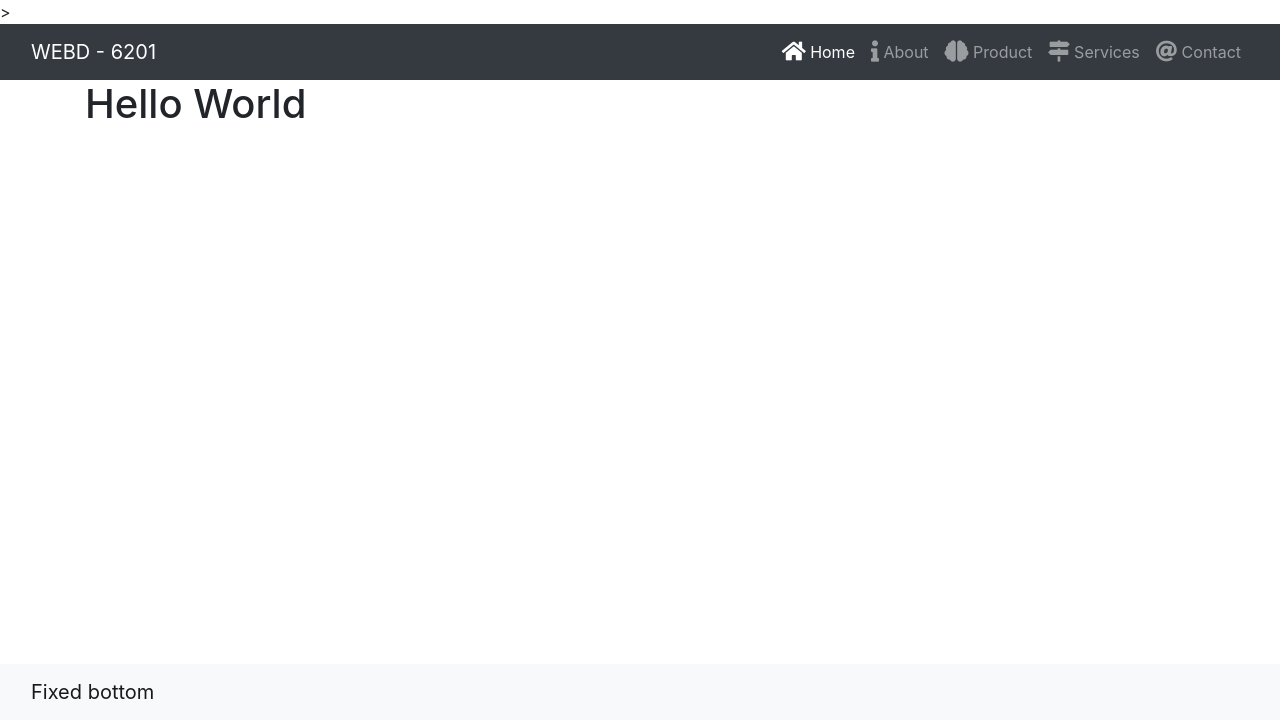
Repository: CKM206/WEBD6201-W2021-Week1
Page: index.html
These files come from the project's save history. The page is drawn as it stood at one moment and after the next save; the edit follows.
The browser window is 1280 px wide. The pictures show the whole page.

Above is the page before, as saved 2021-01-14 09:32:26.

After the next save:
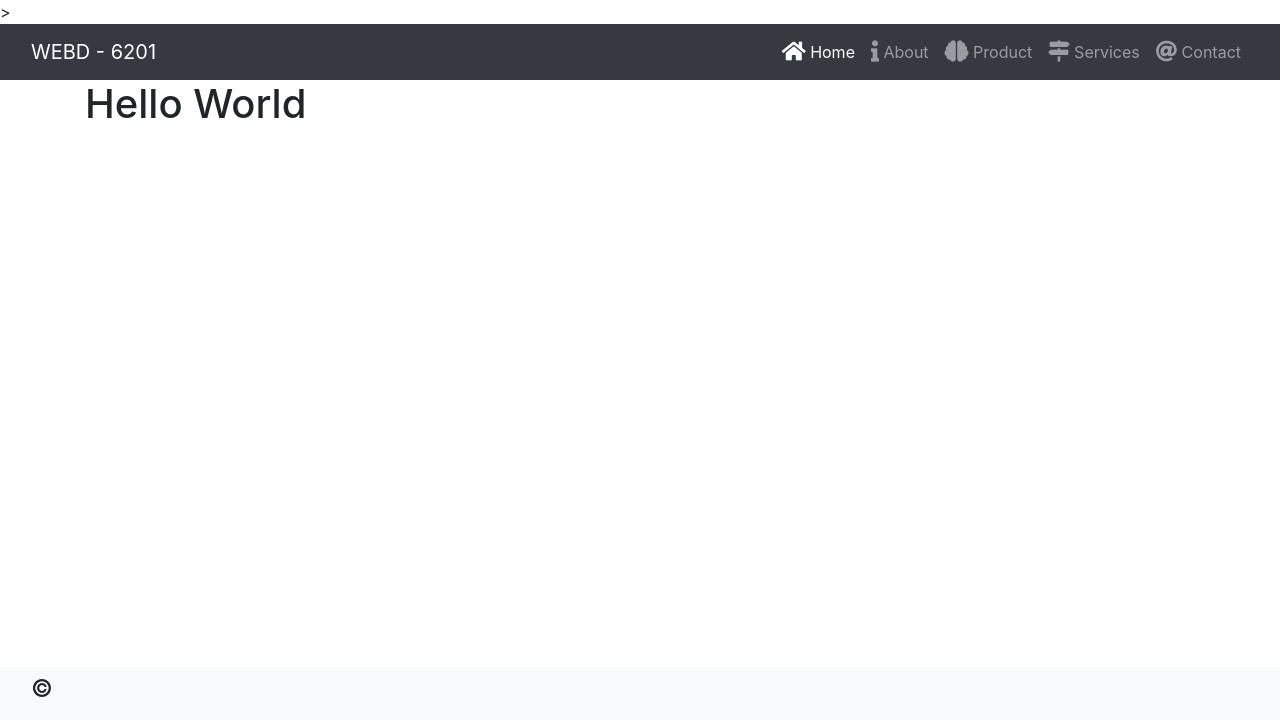
Saved 30 s later.
--- a/index.html
+++ b/index.html
@@ -67,7 +67,7 @@
         <footer>
             <nav class="navbar fixed-bottom navbar-light bg-light">
                 <div class="container-fluid">
-                  <a class="navbar-brand" href="#">Fixed bottom</a>
+                  <h4>&copy;</h4>
                 </div>
               </nav>
         </footer>
